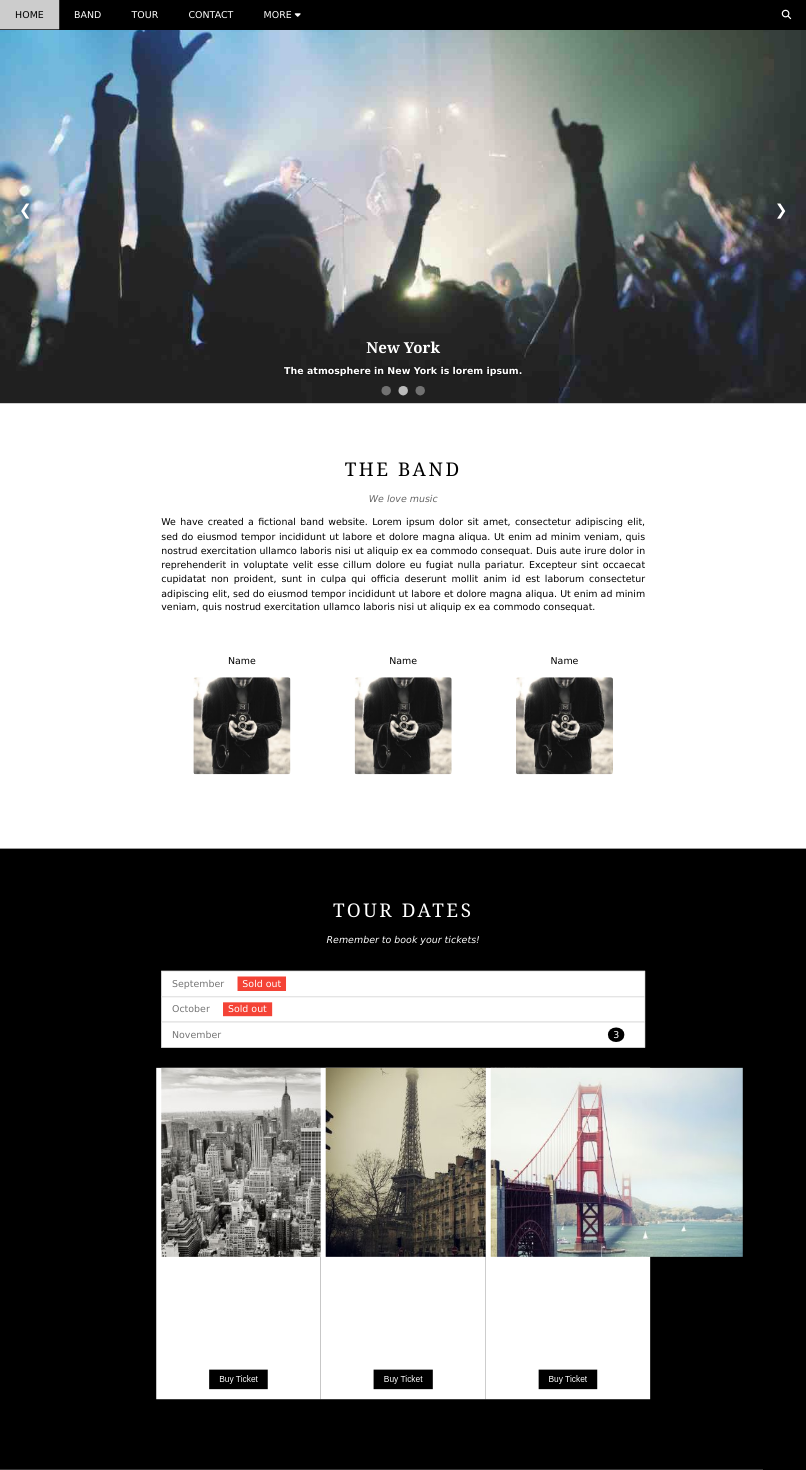
Repository: tam1512/The-Band
Page: index.html
An editor plug-in stored every save of this project. The page is shown before and after the next save, followed by the edit.
The browser window is 1280 px wide. The pictures show the whole page, at 63% of full size.
Some web libraries are served in a nearby version.

Above is the page before, as saved 2022-07-24 08:53:48.

### index.html
<!DOCTYPE html>
<html lang="en">
  <head>
    <meta charset="UTF-8" />
    <meta http-equiv="X-UA-Compatible" content="IE=edge" />
    <meta name="viewport" content="width=device-width, initial-scale=1.0" />
    <link
      rel="stylesheet"
      href="https://cdnjs.cloudflare.com/ajax/libs/font-awesome/6.1.1/css/all.min.css"
      integrity="sha512-KfkfwYDsLkIlwQp6LFnl8zNdLGxu9YAA1QvwINks4PhcElQSvqcyVLLD9aMhXd13uQjoXtEKNosOWaZqXgel0g=="
      crossorigin="anonymous"
      referrerpolicy="no-referrer"
    />
    <link rel="stylesheet" href="./assets/css/style.css" />
    <title>The Band</title>
  </head>
  <body>
    <div class="container">
      <div class="header" id="home">
        <ul class="header_nav">
          <li><a href="#home">HOME</a></li>
          <li><a href="#band">BAND</a></li>
          <li><a href="#tour">TOUR</a></li>
          <li><a href="#contact">CONTACT</a></li>
          <li class="header_nav_dropdown">
            <a href="javascript:void(0)" class="dropbtn">
              MORE
              <i class="fa-solid fa-caret-down"></i>
            </a>
            <div class="dropdown-content">
              <a href="#">Merchandise</a>
              <a href="#">Extras</a>
              <a href="#">Media</a>
            </div>
          </li>
        </ul>
        <div id="header_search">
          <i class="fa-solid fa-magnifying-glass text-white"></i>
        </div>
      </div>
      <!-- Slideshow container -->
      <div class="slider">
        <!-- Full-width image with caption text -->
        <div class="slider_slides-cont">
          <div class="slider_slide">
            <img src="assets/img/la.jpg" alt="Los Angeles" />
            <div class="text padding-32-16 text-white">
              <h3 class="fz-24 margin-10-0">Los Angeles</h3>
              <p class="margin-15-0">
                <b class="text-shadow">We had the bes time playing at Venice Beach!</b>
              </p>
            </div>
          </div>

          <div class="slider_slide">
            <img src="assets/img/ny.jpg" alt="New York" />
            <div class="text padding-32-16 text-white">
              <h3 class="fz-24 margin-10-0">New York</h3>
              <p class="margin-15-0">
                <b class="text-shadow">The atmosphere in New York is lorem ipsum.</b>
              </p>
            </div>
          </div>

          <div class="slider_slide">
            <img src="assets/img/chicago.jpg" alt="Chicago" />
            <div class="text padding-32-16 text-white">
              <h3 class="fz-24 margin-10-0">Chicago</h3>
              <p class="margin-15-0">
                <b class="text-shadow">Thank you, Chicago - A night we won't forget</b>
              </p>
            </div>
          </div>
        </div>

        <!-- The pagination/circles -->
         <div class="slider_pagination"></div>

        <!-- Next and previous buttons (navigatin slide)-->
        <a class="prev">&#10094</a>
        <a class="next">&#10095</a>
        </div>
      </div>
      <div class="content">
        <div class="padding-64-16 text-center" id="band">
          <h2 class="tilte fz-30 margin-10-0">THE BAND</h2>
          <p class="margin-15-0"><i class="sub-title text-opacity">We love music</i></p>
          <p class="band_content margin-15-0 text-justify">We have created a fictional band website. Lorem ipsum dolor sit amet, consectetur adipiscing elit, sed do eiusmod tempor incididunt ut labore et dolore magna aliqua. Ut enim ad minim veniam, quis nostrud exercitation ullamco laboris nisi ut aliquip ex ea commodo consequat. Duis aute irure dolor in reprehenderit in voluptate velit esse cillum dolore eu fugiat nulla pariatur. Excepteur sint occaecat cupidatat non proident, sunt in culpa qui officia deserunt mollit anim id est laborum consectetur adipiscing elit, sed do eiusmod tempor incididunt ut labore et dolore magna aliqua. Ut enim ad minim veniam, quis nostrud exercitation ullamco laboris nisi ut aliquip ex ea commodo consequat.</p>
          <div class="row band_members padding-32-0">
            <div class="third band_member">
              <p class="margin-15-0">Name</p>
              <img src="assets/img/bandmember.jpg" alt="band member" class="band_member_img margin-bottom-16">
            </div>
            <div class="third band_member">
              <p class="margin-15-0">Name</p>
              <img src="assets/img/bandmember.jpg" alt="band member" class="band_member_img margin-bottom-16">
            </div>
            <div class="third band_member">
              <p class="margin-15-0">Name</p>
              <img src="assets/img/bandmember.jpg" alt="band member" class="band_member_img margin-bottom-16">
            </div>
          </div>
          <!-- <div style="clear: both;"></div> -->
        </div>
        <div class="backgroud-black" id="tour">
          <div class="tour-container padding-64-16 text-center text-white">
            <h2 class="tilte fz-30 margin-10-0">TOUR DATES</h2>
            <p class="margin-15-0"><i class="sub-title">Remember to book your tickets!</i></p>
            <br>
            <ul class="list-month backgroud-white">
              <li class="month-item padding-8-16 boder-bottom">
                <p class="month text-grey">September</p>
                <span class="ticket-sold-out text-white">Sold out</span>
              </li>
              <li class="month-item padding-8-16 boder-bottom">
                <p class="month text-grey">October</p>
                <span class="ticket-sold-out text-white">Sold out</span>
              </li>
              <li class="month-item padding-8-16 boder-bottom">
                <p class="month text-grey">November</p>
                <span class="ticket-still text-white">3</span>
              </li>
            </ul>

            <div class="row ticket-list padding-32-8">
              <div class="ticket-wrap third margin-bottom-16 padding-0-8 backgroud-white">
                <img class="ticket-img" src="assets/img/newyork.jpg" alt="Ticket New Yourk">
                <div class="tick-content padding-0-16">
                  <p class="ticket-name margin-15-0"><b>New Yourk</b></p>
                  <p class="ticket-time text-opacity margin-15-0">Fri 27 Nov 2016</p>
                  <p class="ticket-desc margin-15-0">Praesent tincidunt sed tellus ut rutrum sed vitae justo.</p>
                  <button class="btn margin-bottom-16">Buy Ticket</button>
                </div>
              </div>
              <div class="ticket-wrap third margin-bottom-16 padding-0-8 backgroud-white">
                <img class="ticket-img" src="assets/img/paris.jpg" alt="Ticket Chicago">
                <div class="tick-content padding-0-16">
                  <p class="ticket-name margin-15-0"><b>Paris</b></p>
                  <p class="ticket-time text-opacity margin-15-0">Sat 28 Nov 2016</p>
                  <p class="ticket-desc margin-15-0">Praesent tincidunt sed tellus ut rutrum sed vitae justo.</p>
                  <button class="btn margin-bottom-16">Buy Ticket</button>
                </div>
              </div>
              <div class="ticket-wrap third margin-bottom-16 padding-0-8 backgroud-white">
                <img class="ticket-img" src="assets/img/sanfran.jpg" alt="Ticket San Francisco">
                <div class="tick-content padding-0-16">
                  <p class="ticket-name margin-15-0"><b>San Francisco</b></p>
                  <p class="ticket-time text-opacity margin-15-0">Sun 29 Nov 2016</p>
                  <p class="ticket-desc margin-15-0">Praesent tincidunt sed tellus ut rutrum sed vitae justo.</p>
                  <button class="btn margin-bottom-16">Buy Ticket</button>
                </div>
              </div>
            </div>
          </div>
        </div>
      </div>
    </div>
    <script src="assets/js/js.js"></script>
  </body>
</html>

### assets/css/style.css
:root {
}

* {
  padding: 0;
  margin: 0;
  box-sizing: border-box;
}

body {
  font-family: Verdana, sans-serif;
  font-size: 15px;
  line-height: 22.5px;
}

h1,
h2,
h3,
h4,
h5,
h6 {
  font-family: Georgia, serif;
}

.fz-24 {
  font-size: 24px;
}

.fz-30 {
  font-size: 30px;
}

.text-white {
  color: white;
}

.text-grey {
  color: #757575;
}

.text-opacity {
  opacity: 0.6 !important;
}

.backgroud-black {
  background-color: #000;
}

.backgroud-white {
  background-color: #fff;
}

.text-center {
  text-align: center;
}

.text-justify {
  text-align: justify;
}

.padding-0-8 {
  padding: 0 8px !important;
}

.padding-0-16 {
  padding: 0 16px !important;
}

.padding-64-16 {
  padding: 64px 16px !important;
}

.padding-32-16 {
  padding: 32px 16px !important;
}

.padding-32-8 {
  padding: 32px 8px !important;
}

.padding-32-0 {
  padding: 32px 0 !important;
}

.padding-8-16 {
  padding: 8px 16px !important;
}

.padding-32 {
  padding: 32px !important;
}

.margin-0-24 {
  margin: 0 24px !important;
}

.margin-10-0 {
  margin: 10px 0 !important;
}

.margin-15-0 {
  margin: 15px 0 !important;
}

.margin-bottom-16 {
  margin-bottom: 16px;
}

.text-shadow {
  text-shadow: 0 0 3px #000;
}

.boder-bottom {
  border: 1px solid #ddd;
}

.btn {
  display: inline-block;
  text-decoration: none;
  color: white;
  border: none;
  outline: none;
  padding: 8px 16px;
  background-color: #000;
  text-align: center;
}

.header {
  position: fixed;
  top: 0;
  right: 0;
  left: 0;
  z-index: 2;
}

.header_nav {
  list-style-type: none;
  background-color: #000;
  overflow: hidden;
}

.header_nav > li {
  float: left;
}

.header_nav > li > a,
.dropbtn {
  display: inline-block;
  padding: 12px 24px;
  text-align: center;
  color: #fff;
  text-decoration: none;
}

.header_nav > li > a:hover,
.header_nav_dropdown:hover,
.dropbtn:hover,
.dropdown-content a:hover {
  background-color: #ccc;
  color: black;
}

li.header_nav_dropdown {
  display: inline-block;
  /* position: relative; */
}

.dropdown-content {
  display: none;
  position: absolute;
  min-width: 160px;
  background-color: #fff;
  box-shadow: 0px 8px 16px 0px rgba(0, 0, 0, 0.2);
  z-index: 1;
}

.dropdown-content a {
  color: #000 !important;
  text-align: left;
  padding: 8px 16px;
  display: block;
  text-decoration: none;
}

.header_nav_dropdown:hover .dropdown-content {
  display: block;
}

#header_search {
  position: absolute;
  top: 0;
  right: 0;
  padding: 12px 24px;
}

#header_search:hover {
  background-color: #f44336;
}

/* Slider */
/* Slideshow container */
.slider,
.slider_slides-cont {
  max-width: 100%;
  height: auto;
  position: relative;
  /* top: 47px; */
  margin: auto;
}

/* Hide the images by default */
.slider_slide {
  display: none;
}

.slider_slide:first-child {
  display: block;
}

.slider_slides-cont img {
  width: 100%;
  height: 100%;
}

/* Next & previous buttons */
.prev,
.next {
  cursor: pointer;
  position: absolute;
  top: 50%;
  transform: translate(0, -50%);
  margin: 10px;
  padding: 24px 20px;
  color: #fff;
  font-weight: bold;
  font-size: 24px;
  transition: background-color 0.6s ease;
  border-radius: 5px 5px 5px 5px;
  user-select: none;
}

/* Position the "next button" to the right */
.next {
  right: 0;
  border-radius: 5px 5px 5px 5px;
}

/* On hover, add a black backgroound color with a little bit see-through */
.prev:hover,
.next:hover {
  background-color: rgba(191, 191, 191, 0.6);
  color: rgb(26, 23, 23);
  font-weight: bolder;
}

/* Caption text */
.text {
  position: absolute;
  left: 50%;
  transform: translate(-50%, -100%);
  text-align: center;
}

.slider_pagination {
  position: absolute;
  left: 50%;
  transform: translate(-50%, -120%);
}

.slider_pagination_btn {
  cursor: pointer;
  padding: 6px;
  background-color: transparent;
  display: inline-block;
  transition: background-color 0.6s ease;
}

.slider_pagination_btn::before {
  content: "";
  display: inline-block;
  height: 15px;
  width: 15px;
  border-radius: 50%;
  background-color: #717171;
}
.slider_pagination_btn.slider_pagination_btn--sel::before,
.slider_pagination_btn:hover::before {
  background-color: #bbb;
}

/* content */

#band,
.tour-container,
#contact {
  max-width: 800px;
  margin-left: auto;
  margin-right: auto;
}

.tilte {
  font-weight: normal;
  line-height: 45px;
  letter-spacing: 4px;
}

/* band */
/* Third image */

.row:after {
  content: "";
  display: table;
  clear: both;
}

.third {
  float: left;
  width: calc(100% / 3);
}

.band_member_img {
  width: 60%;
  border-radius: 4px;
}

/* Month ticket */
.list-month {
  list-style-type: none;
  text-align: left;
}

.month-item {
  position: relative;
}

.month {
  display: inline-block;
}

.ticket-sold-out {
  display: inline-block;
  background-color: #f44336;
  padding: 0 8px;
  margin-left: 16px;
}

.ticket-still {
  display: inline-block;
  padding: 0 8px;
  position: absolute;
  right: 32px;
  text-align: center;
  background-color: #000;
  border-radius: 50%;
}

/* ticket list */
.ticket-list {
  margin: 0 -16px;
}

.ticket-wrap {
}

### assets/js/js.js
let currentIndex = 0;
let newIndex = 0;
let autoplay = true;

//tạo một object cho việc tự động chuyển slide
let Autoplay = {
  timerID: null,
  interval: 4000,

  start: function () {
    this.timerID = setInterval(function () {
      newIndex++;
      navigateSlider();
    }, this.interval);
  },

  reset: function () {
    clearInterval(this.timerID);
    this.start();
  },
};

let slideElements = document.getElementsByClassName("slider_slide");
let slidesLength = slideElements.length;
let paginationElement = document.getElementsByClassName("slider_pagination")[0];
let prevElement = document.getElementsByClassName("prev")[0];
let nextElement = document.getElementsByClassName("next")[0];

// lấy sự kiện click của 2 nut prev và next
prevElement.addEventListener("click", function () {
  newIndex--;
  navigateSlider();
});

nextElement.addEventListener("click", function () {
  newIndex++;
  navigateSlider();
});

// tạo số dot tương ứng với số slide
paginationHTML = [];
for (let i = 0; i < slidesLength; i++) {
  paginationHTML.push(
    `<span class="slider_pagination_btn" data-index="${i}"></span>`
  );
}
// Thêm paginationHTML vào bên trong thẻ HTML
paginationElement.innerHTML = paginationHTML.join("");

//kiểm tra xem đã có phần tử chứa class="slider_pagination_btn" chưa? nếu có lấy giá trị trong data-index của nó gán cho newIndex
paginationElement.addEventListener("click", function (e) {
  let target = e.target;
  if (target.classList.contains("slider_pagination_btn")) {
    newIndex = Number(target.getAttribute("data-index"));
    navigateSlider();
  }
});

// Hàm hiện thị slide
function navigateSlider() {
  // Kiểm tra để newIndex luôn nằm trong khoảng từ 0 -> slideLength
  if (newIndex < 0) {
    newIndex = slidesLength - 1;
  } else if (newIndex > slidesLength - 1) {
    newIndex = 0;
  }

  //Thêm và xóa slider_pagination_btn--sel
  paginationElement.childNodes[currentIndex].classList.remove(
    "slider_pagination_btn--sel"
  );
  paginationElement.childNodes[newIndex].classList.add(
    "slider_pagination_btn--sel"
  );

  //reset interval(khoảng thời gian) để slide không gặp vấn đề về chuyển đổi
  if (autoplay) {
    Autoplay.reset();
  }

  //Ẩn slide trước và hiện slide cần hiện
  slideElements[currentIndex].style.display = "none";
  slideElements[newIndex].style.display = "block";

  currentIndex = newIndex;
}

// thiết lập autoplay cho slider
if (autoplay) {
  Autoplay.start();
}

// khi load page sẽ bị lỗi hiển thị ban đầu, đây là cách giải quyết
navigateSlider();

After the next save:
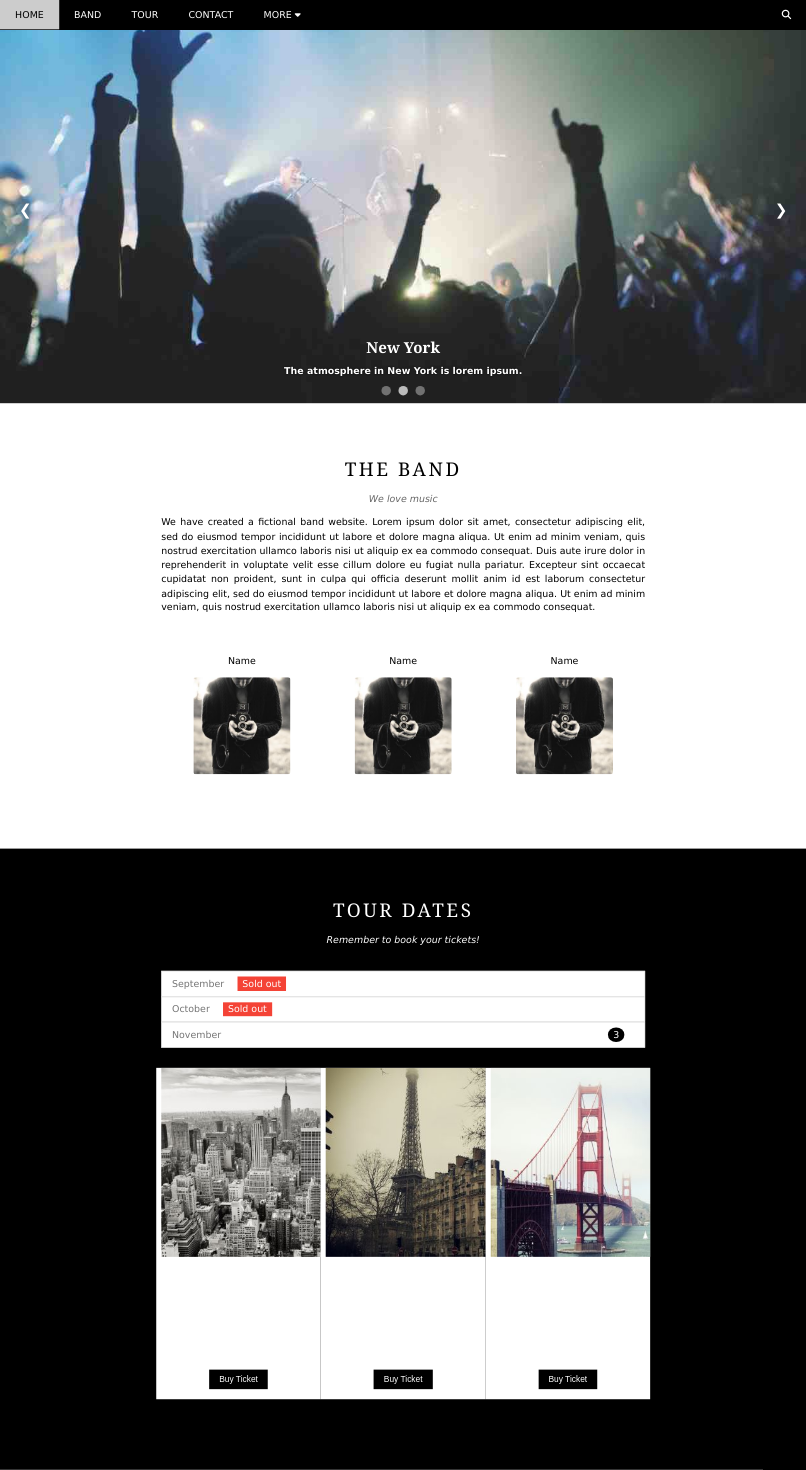
Saved 115 s later.
--- a/assets/css/style.css
+++ b/assets/css/style.css
@@ -360,4 +360,5 @@ li.header_nav_dropdown {
 }
 
 .ticket-wrap {
-}
+  overflow: hidden;
+}
